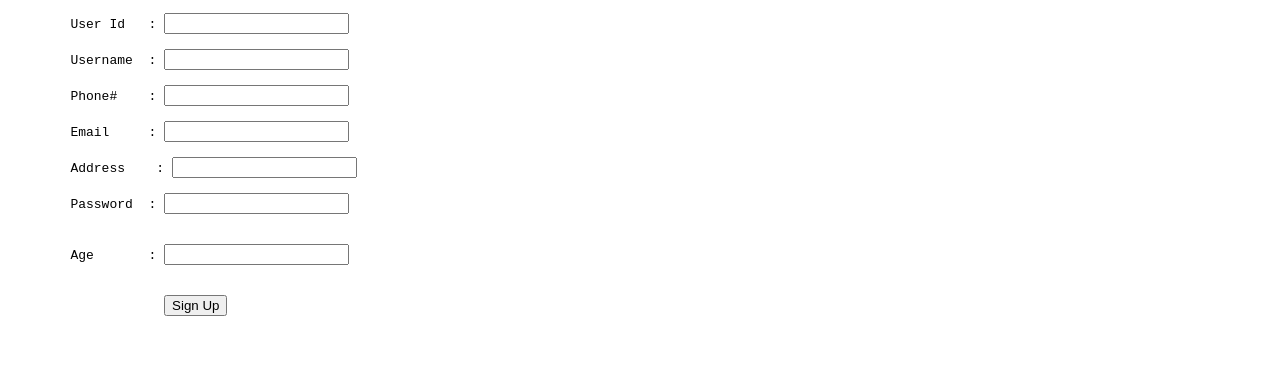
Repository: blackburn99/E-Learning-Project
Page: http://localhost/e-learning-project-frontend/registration.jsp
An editor plug-in stored every save of this project. The page is shown before and after the next save, followed by the edit.
The browser window is 1280 px wide. The pictures show the whole page.
The page is served by Tomcat 9. Other server files are loaded and not shown.

Above is the page before, as saved 2021-08-18 05:05:03.

### e-learning-project-frontend/src/main/webapp/registration.jsp
<%@ page language="java" contentType="text/html; charset=ISO-8859-1"
    pageEncoding="ISO-8859-1"%>
<!DOCTYPE html PUBLIC "-//W3C//DTD HTML 4.01 Transitional//EN" "http://www.w3.org/TR/html4/loose.dtd">
<html>
<head>
<meta http-equiv="Content-Type" content="text/html; charset=ISO-8859-1">
<title>Insert title here</title>
</head>
<body>
	<form action="register" method="POST">
        <pre>
        User Id   : <input type="number" name="id" /><br>
        Username  : <input type="text" name="username" /><br>
        Phone#    : <input type="number" name="phone" /><br>
        Email     : <input type="email" name="email" /><br>
        Address    : <input type="address" name="address" /><br>
        Password  : <input type="password" name="password" /><br>

        Age       : <input type="number" name="age" /><br>

                    <input type="submit" value="Sign Up" /><br>
       </pre>
     </form>
</body>
</html>

After the next save:
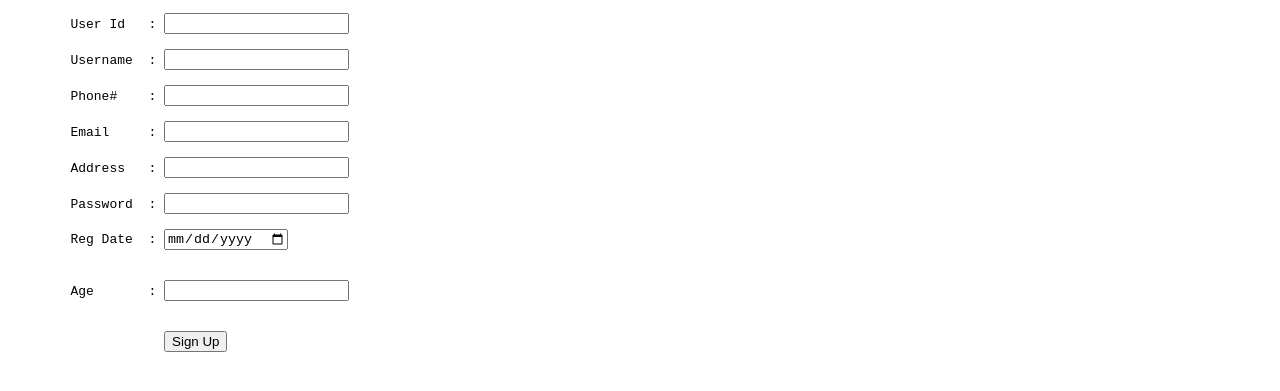
Saved 50 s later.
--- a/e-learning-project-frontend/src/main/webapp/registration.jsp
+++ b/e-learning-project-frontend/src/main/webapp/registration.jsp
@@ -13,8 +13,9 @@
         Username  : <input type="text" name="username" /><br>
         Phone#    : <input type="number" name="phone" /><br>
         Email     : <input type="email" name="email" /><br>
-        Address    : <input type="address" name="address" /><br>
+        Address   : <input type="address" name="address" /><br>
         Password  : <input type="password" name="password" /><br>
+        Reg Date  : <input type="date" name="reg_date" /></br>
 
         Age       : <input type="number" name="age" /><br>
 
